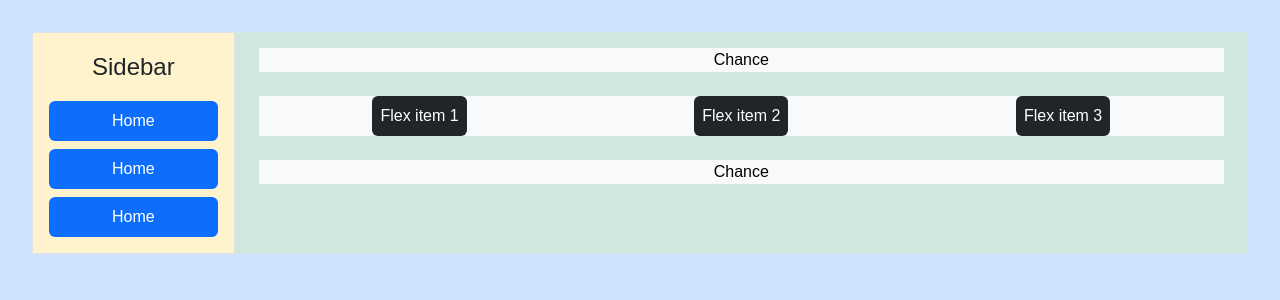
Repository: chancellor-w-whitaker/bec-tab
Page: /
These files come from the project's save history. The page is drawn as it stood at one moment and after the next save; the edit follows.
The browser window is 1280 px wide. The pictures show the whole page.
Some web fonts or font styles are not loaded; a fallback is used. The project was rebuilt for these pictures with package versions that can differ from the ones it lists, and the page was loaded fresh each time. Also part of the build but not shown: vite.config.js.

Above is the page before, as saved 2024-01-07 01:40:45.

### src/main.jsx
// Bootstrap Bundle JS
import "bootstrap/dist/js/bootstrap.bundle.min";
// Bootstrap CSS
import "bootstrap/dist/css/bootstrap.min.css";
import ReactDOM from "react-dom/client";
import React from "react";

import App from "./App.jsx";
import "./index.css";

ReactDOM.createRoot(document.getElementById("root")).render(
  <React.StrictMode>
    <App />
  </React.StrictMode>
);

### src/App.jsx
import { useEffect } from "react";

import "./App.css";

const useBodyBgVariant = (bgVariant = "body-tertiary") => {
  useEffect(() => {
    document.body.classList.add(`bg-${bgVariant}`);

    return () => {
      document.body.classList.remove(`bg-${bgVariant}`);
    };
  }, [bgVariant]);
};

const Card = () => {
  return (
    <>
      <div className="p-2 rounded text-bg-dark" style={{ width: 250 }}>
        Flex item 3
      </div>
    </>
  );
};

const App = () => {
  useBodyBgVariant("primary-subtle");

  return (
    // <div className="container-fluid">
    //   <div className="row">
    //     <div className="sidebar border border-right col-md-3 col-lg-2 p-0 bg-warning-subtle">
    //       <div className="d-flex flex-column gap-2 p-2">
    //         <Button>Chance</Button>
    //         <Button>Chance</Button>
    //         <Button>Chance</Button>
    //         <Button>Chance</Button>
    //         <Button>Chance Chance Chance Chance Chance</Button>
    //       </div>
    //     </div>
    //     <div className="col-md-9 ms-sm-auto col-lg-10 p-0 bg-success-subtle">
    //       <div className="d-flex flex-row flex-wrap row-gap-4 p-2 justify-content-between">
    //         <Card></Card>
    //         <Card></Card>
    //         <Card></Card>
    //         <Card></Card>
    //         <Card></Card>
    //         <Card></Card>
    //         <Card></Card>
    //         <Card></Card>
    //         <Card></Card>
    //       </div>
    //     </div>
    //   </div>
    // </div>
    <div className="container-fluid">
      <div className="row">
        <div className="sidebar border border-right col-md-3 col-lg-2 p-3 bg-warning-subtle">
          <div className="d-flex flex-column text-center">
            <div className="fs-4 mb-3">Sidebar</div>
            <ul className="nav nav-pills flex-column gap-2">
              <li className="nav-item">
                <a className="nav-link active" aria-current="page" href="#">
                  Home
                </a>
              </li>
              <li className="nav-item">
                <a className="nav-link active" aria-current="page" href="#">
                  Home
                </a>
              </li>
              <li className="nav-item">
                <a className="nav-link active" aria-current="page" href="#">
                  Home
                </a>
              </li>
            </ul>
          </div>
        </div>
        <div className="col-md-9 ms-sm-auto col-lg-10 px-md-4 py-3 bg-success-subtle">
          <div className="d-flex flex-column gap-4">
            <div className="text-bg-light">Chance</div>
            <div className="text-bg-light">
              <div className="d-flex flex-row justify-content-around">
                <div className="p-2 rounded text-bg-dark">Flex item 1</div>
                <div className="p-2 rounded text-bg-dark">Flex item 2</div>
                <div className="p-2 rounded text-bg-dark">Flex item 3</div>
              </div>
            </div>
            <div className="text-bg-light">Chance</div>
          </div>
        </div>
      </div>
    </div>
  );
};

export default App;

### src/index.css
@font-face {
  font-family: poppins;
  font-style: normal;
  font-weight: 400;
  src: local("Poppins"),
    url(https://fonts.cdnfonts.com/s/16009/Poppins-Regular.woff) format("woff");
}
@font-face {
  font-family: poppins;
  font-style: normal;
  font-weight: 400;
  src: local("Poppins"),
    url(https://fonts.cdnfonts.com/s/16009/Poppins-Regular.woff) format("woff");
}
@font-face {
  font-family: poppins;
  font-style: italic;
  font-weight: 400;
  src: local("Poppins"),
    url(https://fonts.cdnfonts.com/s/16009/Poppins-Italic.woff) format("woff");
}
@font-face {
  font-family: poppins;
  font-style: italic;
  font-weight: 400;
  src: local("Poppins"),
    url(https://fonts.cdnfonts.com/s/16009/Poppins-Italic.woff) format("woff");
}
@font-face {
  font-family: poppins;
  font-style: normal;
  font-weight: 250;
  src: local("Poppins"),
    url(https://fonts.cdnfonts.com/s/16009/Poppins-Thin.woff) format("woff");
}
@font-face {
  font-family: poppins;
  font-style: normal;
  font-weight: 250;
  src: local("Poppins"),
    url(https://fonts.cdnfonts.com/s/16009/Poppins-Thin.woff) format("woff");
}
@font-face {
  font-family: poppins;
  font-style: italic;
  font-weight: 250;
  src: local("Poppins"),
    url(https://fonts.cdnfonts.com/s/16009/Poppins-ThinItalic.woff)
      format("woff");
}
@font-face {
  font-family: poppins;
  font-style: italic;
  font-weight: 250;
  src: local("Poppins"),
    url(https://fonts.cdnfonts.com/s/16009/Poppins-ThinItalic.woff)
      format("woff");
}
@font-face {
  font-family: poppins;
  font-style: normal;
  font-weight: 275;
  src: local("Poppins"),
    url(https://fonts.cdnfonts.com/s/16009/Poppins-ExtraLight.woff)
      format("woff");
}
@font-face {
  font-family: poppins;
  font-style: normal;
  font-weight: 275;
  src: local("Poppins"),
    url(https://fonts.cdnfonts.com/s/16009/Poppins-ExtraLight.woff)
      format("woff");
}
@font-face {
  font-family: poppins;
  font-style: italic;
  font-weight: 275;
  src: local("Poppins"),
    url(https://fonts.cdnfonts.com/s/16009/Poppins-ExtraLightItalic.woff)
      format("woff");
}
@font-face {
  font-family: poppins;
  font-style: italic;
  font-weight: 275;
  src: local("Poppins"),
    url(https://fonts.cdnfonts.com/s/16009/Poppins-ExtraLightItalic.woff)
      format("woff");
}
@font-face {
  font-family: poppins;
  font-style: normal;
  font-weight: 300;
  src: local("Poppins"),
    url(https://fonts.cdnfonts.com/s/16009/Poppins-Light.woff) format("woff");
}
@font-face {
  font-family: poppins;
  font-style: normal;
  font-weight: 300;
  src: local("Poppins"),
    url(https://fonts.cdnfonts.com/s/16009/Poppins-Light.woff) format("woff");
}
@font-face {
  font-family: poppins;
  font-style: italic;
  font-weight: 300;
  src: local("Poppins"),
    url(https://fonts.cdnfonts.com/s/16009/Poppins-LightItalic.woff)
      format("woff");
}
@font-face {
  font-family: poppins;
  font-style: italic;
  font-weight: 300;
  src: local("Poppins"),
    url(https://fonts.cdnfonts.com/s/16009/Poppins-LightItalic.woff)
      format("woff");
}
@font-face {
  font-family: poppins;
  font-style: normal;
  font-weight: 500;
  src: local("Poppins"),
    url(https://fonts.cdnfonts.com/s/16009/Poppins-Medium.woff) format("woff");
}
@font-face {
  font-family: poppins;
  font-style: normal;
  font-weight: 500;
  src: local("Poppins"),
    url(https://fonts.cdnfonts.com/s/16009/Poppins-Medium.woff) format("woff");
}
@font-face {
  font-family: poppins;
  font-style: italic;
  font-weight: 500;
  src: local("Poppins"),
    url(https://fonts.cdnfonts.com/s/16009/Poppins-MediumItalic.woff)
      format("woff");
}
@font-face {
  font-family: poppins;
  font-style: italic;
  font-weight: 500;
  src: local("Poppins"),
    url(https://fonts.cdnfonts.com/s/16009/Poppins-MediumItalic.woff)
      format("woff");
}
@font-face {
  font-family: poppins;
  font-style: normal;
  font-weight: 600;
  src: local("Poppins"),
    url(https://fonts.cdnfonts.com/s/16009/Poppins-SemiBold.woff) format("woff");
}
@font-face {
  font-family: poppins;
  font-style: normal;
  font-weight: 600;
  src: local("Poppins"),
    url(https://fonts.cdnfonts.com/s/16009/Poppins-SemiBold.woff) format("woff");
}
@font-face {
  font-family: poppins;
  font-style: italic;
  font-weight: 600;
  src: local("Poppins"),
    url(https://fonts.cdnfonts.com/s/16009/Poppins-SemiBoldItalic.woff)
      format("woff");
}
@font-face {
  font-family: poppins;
  font-style: italic;
  font-weight: 600;
  src: local("Poppins"),
    url(https://fonts.cdnfonts.com/s/16009/Poppins-SemiBoldItalic.woff)
      format("woff");
}
@font-face {
  font-family: poppins;
  font-style: normal;
  font-weight: 700;
  src: local("Poppins"),
    url(https://fonts.cdnfonts.com/s/16009/Poppins-Bold.woff) format("woff");
}
@font-face {
  font-family: poppins;
  font-style: normal;
  font-weight: 700;
  src: local("Poppins"),
    url(https://fonts.cdnfonts.com/s/16009/Poppins-Bold.woff) format("woff");
}
@font-face {
  font-family: poppins;
  font-style: italic;
  font-weight: 700;
  src: local("Poppins"),
    url(https://fonts.cdnfonts.com/s/16009/Poppins-BoldItalic.woff)
      format("woff");
}
@font-face {
  font-family: poppins;
  font-style: italic;
  font-weight: 700;
  src: local("Poppins"),
    url(https://fonts.cdnfonts.com/s/16009/Poppins-BoldItalic.woff)
      format("woff");
}
@font-face {
  font-family: poppins;
  font-style: normal;
  font-weight: 800;
  src: local("Poppins"),
    url(https://fonts.cdnfonts.com/s/16009/Poppins-ExtraBold.woff)
      format("woff");
}
@font-face {
  font-family: poppins;
  font-style: normal;
  font-weight: 800;
  src: local("Poppins"),
    url(https://fonts.cdnfonts.com/s/16009/Poppins-ExtraBold.woff)
      format("woff");
}
@font-face {
  font-family: poppins;
  font-style: italic;
  font-weight: 800;
  src: local("Poppins"),
    url(https://fonts.cdnfonts.com/s/16009/Poppins-ExtraBoldItalic.woff)
      format("woff");
}
@font-face {
  font-family: poppins;
  font-style: italic;
  font-weight: 800;
  src: local("Poppins"),
    url(https://fonts.cdnfonts.com/s/16009/Poppins-ExtraBoldItalic.woff)
      format("woff");
}
@font-face {
  font-family: poppins;
  font-style: normal;
  font-weight: 900;
  src: local("Poppins"),
    url(https://fonts.cdnfonts.com/s/16009/Poppins-Black.woff) format("woff");
}
@font-face {
  font-family: poppins;
  font-style: normal;
  font-weight: 900;
  src: local("Poppins"),
    url(https://fonts.cdnfonts.com/s/16009/Poppins-Black.woff) format("woff");
}
@font-face {
  font-family: poppins;
  font-style: italic;
  font-weight: 900;
  src: local("Poppins"),
    url(https://fonts.cdnfonts.com/s/16009/Poppins-BlackItalic.woff)
      format("woff");
}
@font-face {
  font-family: poppins;
  font-style: italic;
  font-weight: 900;
  src: local("Poppins"),
    url(https://fonts.cdnfonts.com/s/16009/Poppins-BlackItalic.woff)
      format("woff");
}

:root,
[data-bs-theme="light"] {
  --bs-font-sans-serif: "Poppins", sans-serif;

  --bs-box-shadow: 0px 3px 3px -2px rgba(0, 0, 0, 0.2),
    0px 3px 4px 0px rgba(0, 0, 0, 0.14), 0px 1px 8px 0px rgba(0, 0, 0, 0.12);
  --bs-box-shadow-sm: 0px 3px 1px -2px rgba(0, 0, 0, 0.2),
    0px 2px 2px 0px rgba(0, 0, 0, 0.14), 0px 1px 5px 0px rgba(0, 0, 0, 0.12);
  --bs-box-shadow-lg: 0px 2px 4px -1px rgba(0, 0, 0, 0.2),
    0px 4px 5px 0px rgba(0, 0, 0, 0.14), 0px 1px 10px 0px rgba(0, 0, 0, 0.12);
}

Loaded but not shown: index.html (common file); src/App.css (common file)

After the next save:
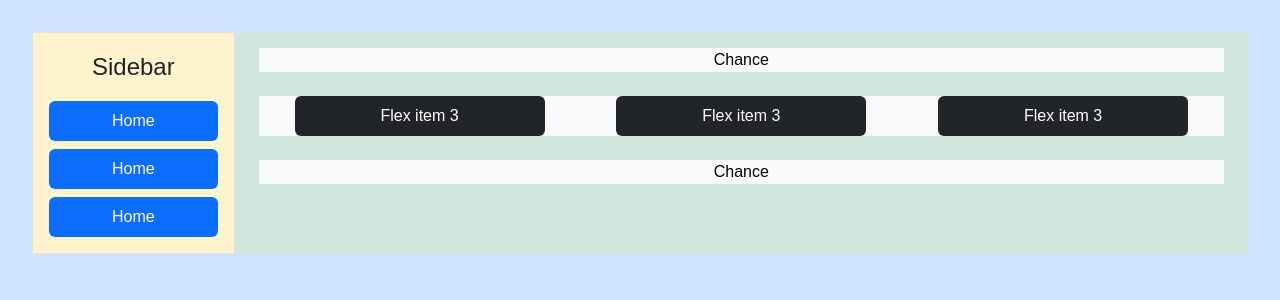
Saved 15 s later.
--- a/src/App.jsx
+++ b/src/App.jsx
@@ -81,9 +81,9 @@ const App = () => {
             <div className="text-bg-light">Chance</div>
             <div className="text-bg-light">
               <div className="d-flex flex-row justify-content-around">
-                <div className="p-2 rounded text-bg-dark">Flex item 1</div>
-                <div className="p-2 rounded text-bg-dark">Flex item 2</div>
-                <div className="p-2 rounded text-bg-dark">Flex item 3</div>
+                <Card></Card>
+                <Card></Card>
+                <Card></Card>
               </div>
             </div>
             <div className="text-bg-light">Chance</div>
